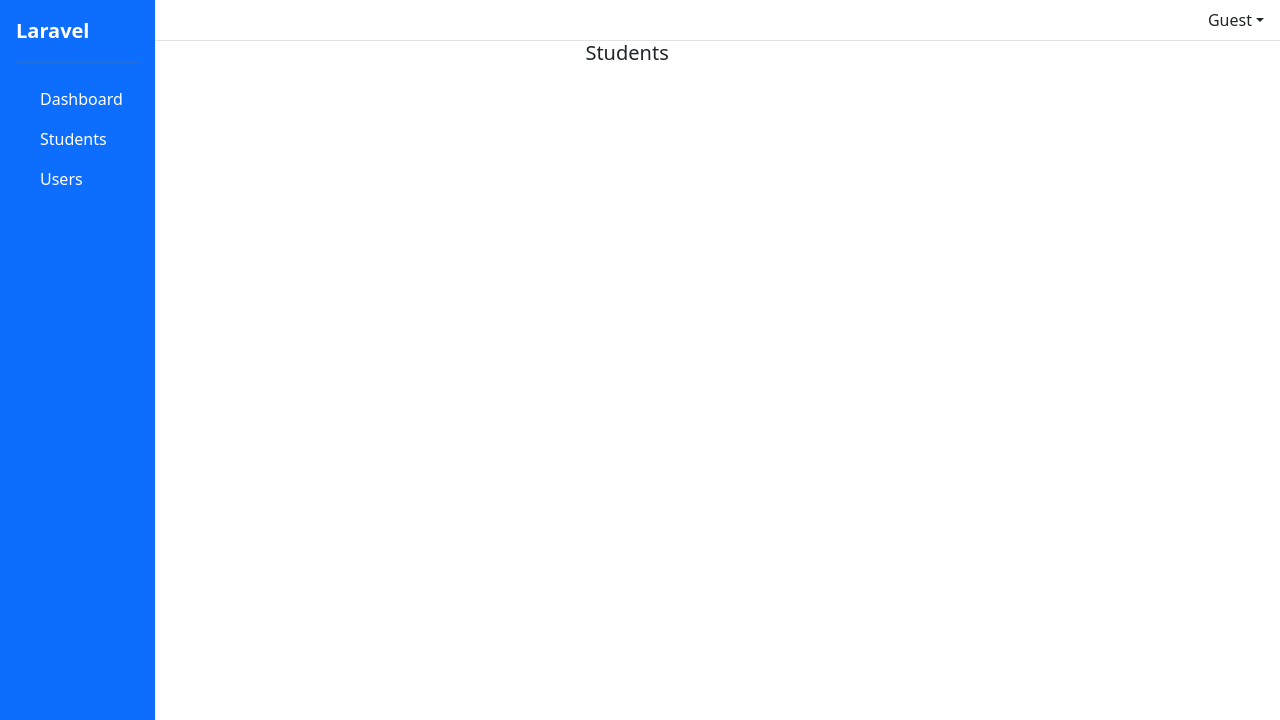
Repository: jaevoy2/lara_demo
Page: http://localhost/home
The author's editor kept a copy of each file at every save. The page is drawn from the files as they stood at one save, then again after the next save.
The browser window is 1280 px wide. The pictures show the whole page.
The page is served by the project's Laravel application, run on PHP 8.4 with Laravel 12.

Above is the page before, as saved 2026-07-08 12:08:45.

After the next save:
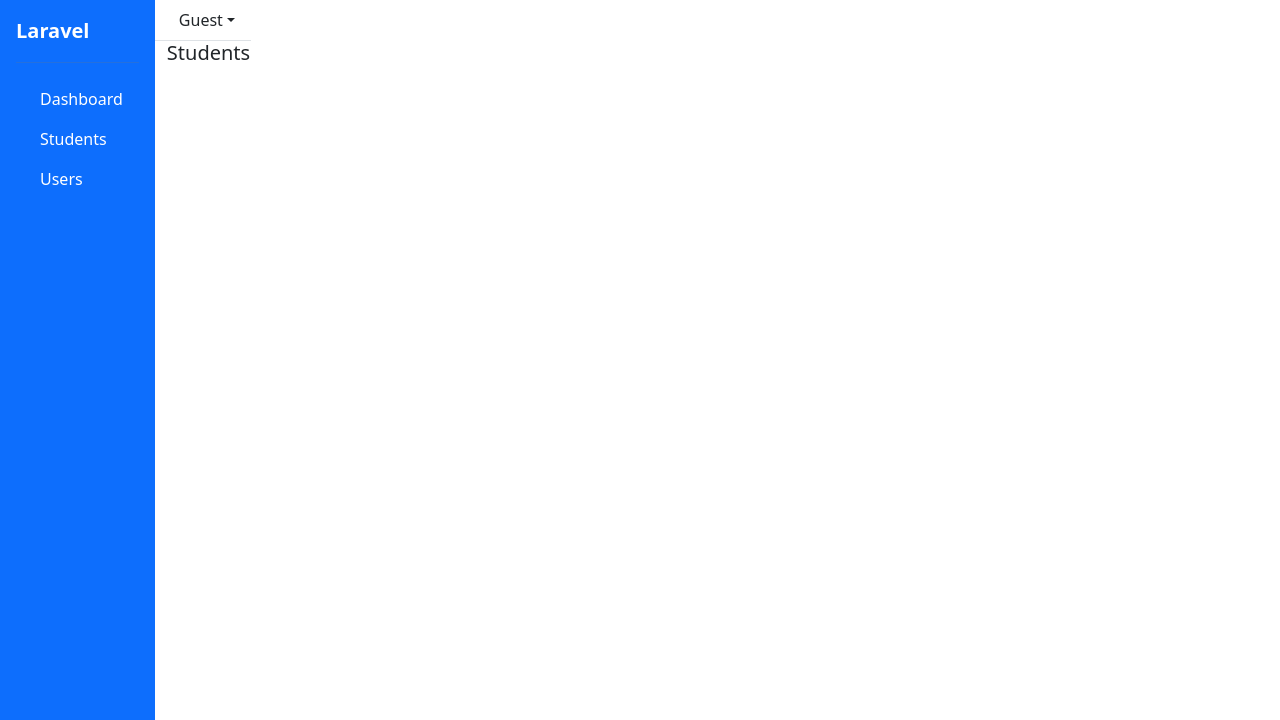
Saved 28 s later.
--- a/resources/views/_layout/_head.blade.php
+++ b/resources/views/_layout/_head.blade.php
@@ -11,7 +11,7 @@
     <div class="d-flex vh-100">
         @include('_layout._sidebar')
 
-        <div class="vw-100">
+        <div class="vw-100 d-flex flex-column align-items-start">
             @include('_layout._navbar')
             @yield('content')
         </div>

After the save that followed:
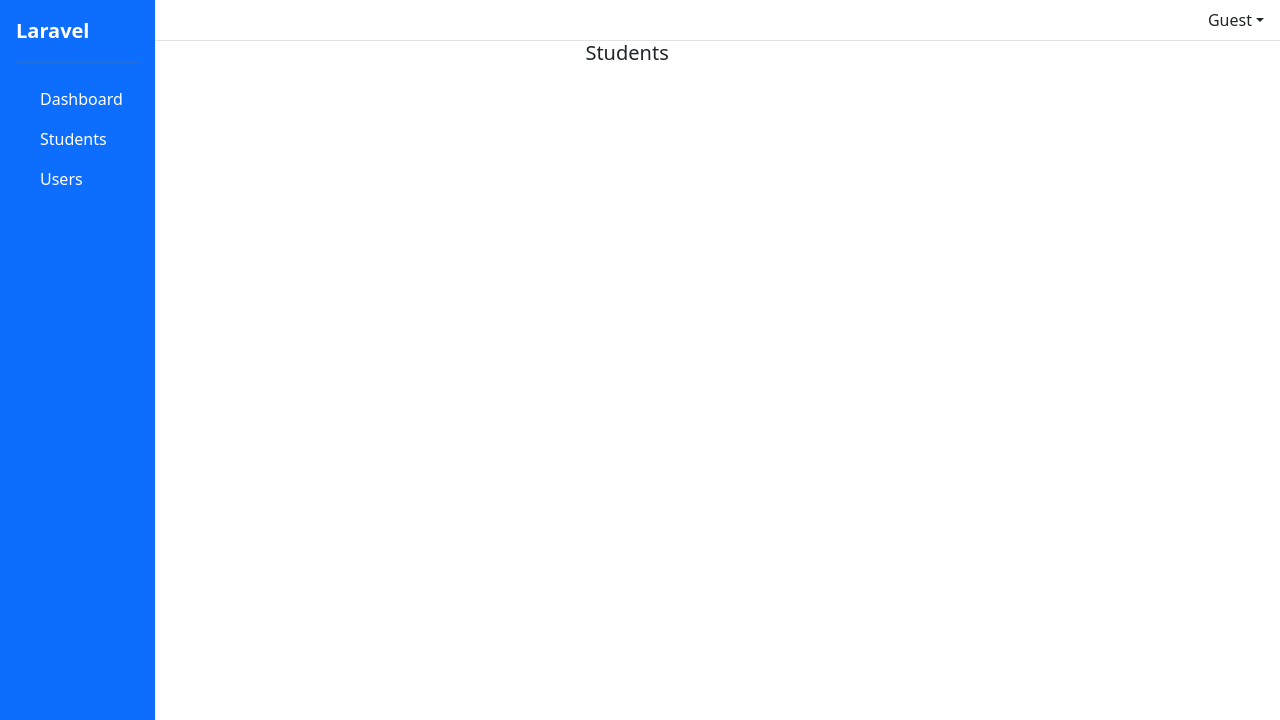
Saved 9 s later.
--- a/resources/views/_layout/_head.blade.php
+++ b/resources/views/_layout/_head.blade.php
@@ -11,7 +11,7 @@
     <div class="d-flex vh-100">
         @include('_layout._sidebar')
 
-        <div class="vw-100 d-flex flex-column align-items-start">
+        <div class="vw-100">
             @include('_layout._navbar')
             @yield('content')
         </div>
